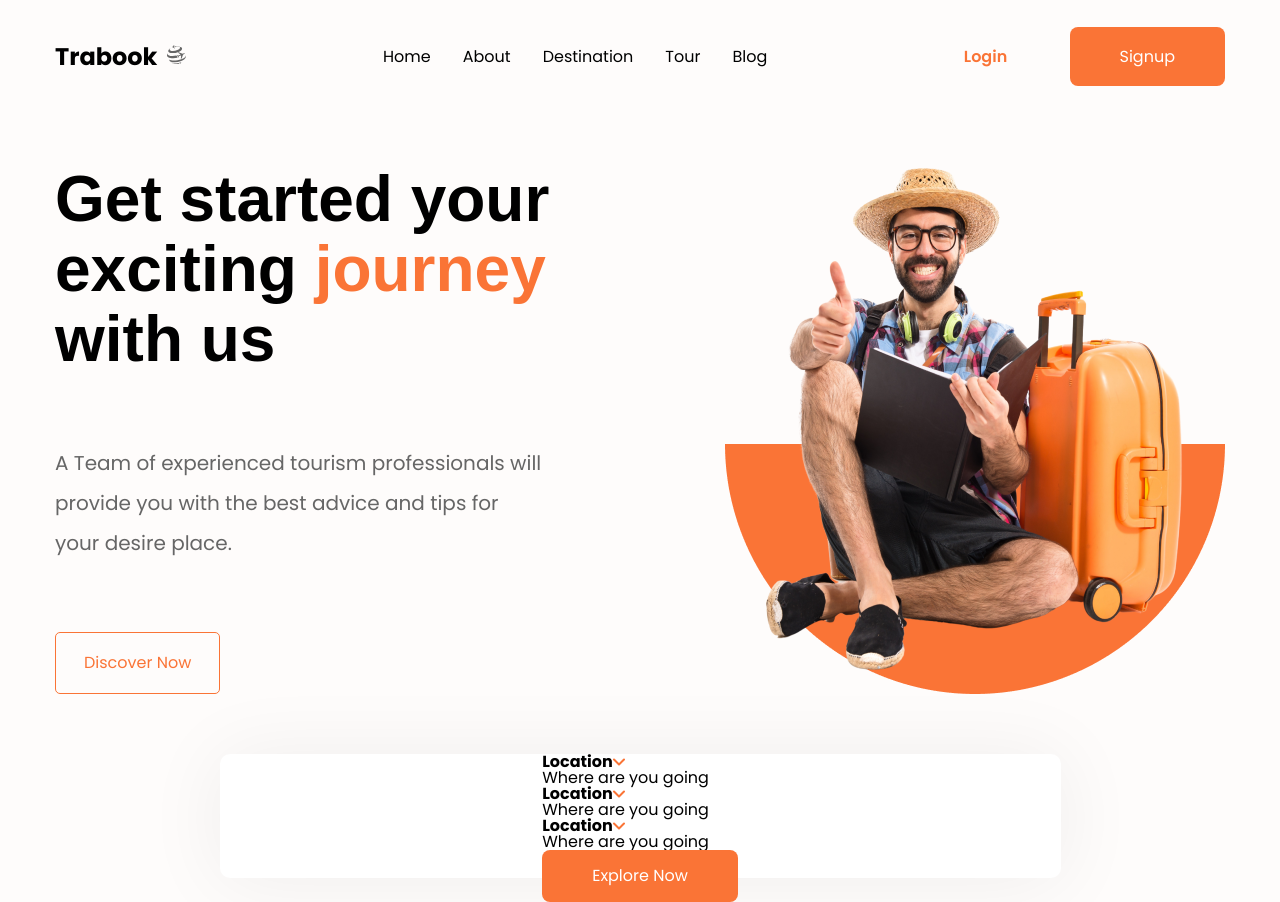
Repository: phobo99/phobo99.github.io
Page: Trabook/index.html
An editor plug-in stored every save of this project. The page is shown before and after the next save, followed by the edit.
The browser window is 1280 px wide. The pictures show the whole page.
Some web fonts or font styles are not loaded; a fallback is used. Some web libraries are served in a nearby version. The style sheet was rebuilt from its Sass, Less or Tailwind sources for each picture, by a compiler version that may differ from the author's.

Above is the page before, as saved 2022-06-18 23:09:02.

### Trabook/index.html
<!DOCTYPE html>
<html lang="en">

<head>
    <meta charset="UTF-8">
    <meta http-equiv="X-UA-Compatible" content="IE=edge">
    <meta name="viewport" content="width=device-width, initial-scale=1.0">
    <title>Responsive</title>
    <link
        href="https://fonts.googleapis.com/css2?family=Poppins:wght@300;400;500;600;700&family=Volkhov:wght@400;700&display=swap"
        rel="stylesheet">
    <link rel="stylesheet" href="https://cdnjs.cloudflare.com/ajax/libs/font-awesome/6.1.1/css/all.min.css"
        integrity="sha512-KfkfwYDsLkIlwQp6LFnl8zNdLGxu9YAA1QvwINks4PhcElQSvqcyVLLD9aMhXd13uQjoXtEKNosOWaZqXgel0g=="
        crossorigin="anonymous" referrerpolicy="no-referrer" />

    <link rel="stylesheet" href="reset.css">
    <link rel="stylesheet" href="style.css">
</head>

<body>
    <div class="container-fluid">
        <header class="header container">
            <div class="nav-bar">
                <div class="logo">
                    <span class="text-logo">Trabook</span>
                    <svg width="19" height="19" viewBox="0 0 19 19" fill="none" xmlns="http://www.w3.org/2000/svg">
                        <path
                            d="M1.64111 4.96058C1.79426 4.76583 1.99595 4.50221 2.15747 4.31379C2.6412 3.79446 2.70397 3.72638 3.14417 3.34242C3.27473 3.24108 3.42956 3.11917 3.58103 3.00437C2.46378 3.89896 2.32151 4.88933 3.3467 5.50129C3.34503 5.50129 3.34503 5.50129 3.34503 5.50287C4.77863 6.31987 7.92034 6.14333 10.3992 5.09675C12.8003 4.08342 13.6865 2.63388 12.5015 1.77254C11.4612 1.58808 10.221 1.56671 8.90871 1.73296L8.7723 1.52L8.88528 1.16692C9.6569 1.10121 10.39 1.11704 11.0227 1.21917C11.1759 1.24371 11.3776 1.28567 11.5282 1.31575C11.8194 1.38304 11.9776 1.42342 12.1676 1.48121C12.3617 1.53583 12.5274 1.59046 12.8162 1.69179C13.099 1.79708 13.2212 1.84458 13.448 1.95146C13.702 2.06108 13.9488 2.18506 14.187 2.32275C16.0751 3.44612 14.9009 5.49575 11.5692 6.90017C8.24673 8.29983 4.01287 8.51992 2.11563 7.41C2.11479 7.40842 2.11228 7.40683 2.10726 7.40525H2.11061C1.07453 6.78458 0.965735 5.88367 1.64111 4.96058ZM10.2854 12.8139L10.2586 11.552L9.31042 10.5545C6.17792 11.2258 3.09898 11.0817 1.38669 10.1278C1.38084 10.1215 1.36661 10.1151 1.36075 10.1088C0.391624 9.54433 0.152272 8.816 0.225082 8.02433C-0.00171646 9.18254 -0.0201282 9.60054 0.0125108 10.5917C0.0526817 11.2124 0.431795 11.7847 1.19421 12.236L1.20007 12.2423C3.02533 13.3158 6.82819 13.5486 10.2854 12.8139ZM14.2397 14.2587C9.81842 15.9362 4.28486 16.0352 1.8813 14.4827C2.14087 15.0828 2.49406 15.6427 2.92909 16.1437C5.13515 17.5687 10.2143 17.4776 14.2707 15.9378C16.645 15.0377 18.143 13.8399 18.5364 12.7173L18.6468 12.3793C18.9088 11.5227 18.9582 10.8094 19 10.1745C18.9523 11.5528 17.2358 13.1203 14.2397 14.2587ZM4.47986 17.4895C4.61878 17.6146 5.05564 18.122 7.26923 18.6825C7.86761 18.8076 9.37402 19.209 12.1567 18.6255L12.1734 18.3857L11.9533 18.0595C9.37151 18.6374 6.50347 18.4442 4.47986 17.4895ZM10.8687 7.50737L13.2196 9.19283C13.2196 9.19283 13.7225 9.53563 13.248 9.77629C12.7752 10.0146 11.5608 10.598 11.5608 10.598L10.3616 10.1745L9.75983 10.4278L10.821 11.2995L10.8294 12.6556L11.4529 12.3935L11.8663 11.248C11.8663 11.248 13.1359 10.7857 13.6397 10.6115C14.146 10.4413 14.0782 11.024 14.0782 11.024L13.8288 13.8035L14.6573 13.4552L16.0215 9.70504C16.0215 9.70504 16.7446 9.37254 17.2534 9.08042C17.7614 8.78829 17.9355 8.30379 17.9355 8.30379C17.9355 8.30379 17.44 8.10192 16.8693 8.26421C16.2985 8.42492 15.5545 8.7115 15.5545 8.7115L11.6947 7.16062L10.8687 7.50737ZM5.89505 2.17471L7.49101 3.37725L7.92703 3.3155L7.05833 2.23646C7.05833 2.23646 6.8692 2.01321 7.12361 1.96017C7.3797 1.90633 8.02746 1.78125 8.02746 1.78125L8.51453 2.14937L8.8426 2.10346L8.47101 1.54454L8.66685 0.924667L8.34966 0.968208L7.9739 1.44004C7.9739 1.44004 7.31443 1.49862 7.05499 1.51921C6.79388 1.53821 6.90602 1.273 6.90602 1.273L7.40648 0L6.96795 0.0609583L5.81303 1.65142C5.81303 1.65142 5.42806 1.71792 5.14938 1.79313C4.86985 1.86754 4.72256 2.07179 4.72256 2.07179C4.72256 2.07179 4.9276 2.22854 5.21633 2.223C5.50757 2.21746 5.89505 2.17471 5.89505 2.17471ZM13.7828 17.6265L12.7501 17.1158L12.5124 17.1942L13.1242 17.712C13.1242 17.712 13.2547 17.8172 13.1175 17.8735C12.9802 17.9289 12.6304 18.065 12.6304 18.065L12.3417 17.9431L12.1701 18.0017L12.4103 18.244L12.3868 18.5978L12.5659 18.5392L12.6998 18.2519C12.6998 18.2519 13.0631 18.1497 13.2078 18.1133C13.3518 18.0761 13.3192 18.236 13.3192 18.236L13.1827 19L13.4213 18.9216L13.8891 17.9115C13.8891 17.9115 14.0958 17.8347 14.2439 17.7642C14.3921 17.6937 14.4506 17.5639 14.4506 17.5639C14.4506 17.5639 14.3192 17.4958 14.1569 17.5299C13.9937 17.5623 13.7828 17.6265 13.7828 17.6265Z"
                            fill="#666666" />
                    </svg>
                </div>
                <div class="menu-list">
                    <ul class="menu">
                        <li>Home</li>
                        <li>About</li>
                        <li>Destination</li>
                        <li>Tour</li>
                        <li>Blog</li>
                    </ul>
                </div>
                <div class="nav-login">
                    <span class="login">Login</span>
                    <span class="sign-up button-primary">Signup</span>
                </div>
            </div>
            <div class="content">
                <div class="content-left">
                    <h1 class="header-content">Get started your exciting <span class="text-org">journey</span> with us
                    </h1>
                    <span class="desc-content">A Team of experienced tourism professionals will provide you with the
                        best advice and tips for
                        your desire place. </span>
                    <div class="content-button">
                        Discover Now
                    </div>
                </div>
                <div class="content-right">
                    <img src="./img/people-01.png" alt="" class="img-people">
                </div>
            </div>
            <div class="search-bar">
                <div class="list-search">
                    <div class="item-search">
                        <div class="title-item">
                            <p>Location</p>
                            <svg width="12" height="8" viewBox="0 0 12 8" fill="none"
                                xmlns="http://www.w3.org/2000/svg">
                                <path d="M1 1.5L6 6.5L11 1.5" stroke="#FA7436" stroke-width="2" stroke-linecap="round"
                                    stroke-linejoin="round" />
                            </svg>
                        </div>
                        <div class="desc-item">
                            Where are you going
                        </div>
                    </div>
                    <div class="item-search">
                        <div class="title-item">
                            <p>Location</p>
                            <svg width="12" height="8" viewBox="0 0 12 8" fill="none"
                                xmlns="http://www.w3.org/2000/svg">
                                <path d="M1 1.5L6 6.5L11 1.5" stroke="#FA7436" stroke-width="2" stroke-linecap="round"
                                    stroke-linejoin="round" />
                            </svg>
                        </div>
                        <div class="desc-item">
                            Where are you going
                        </div>
                    </div>
                    <div class="item-search">
                        <div class="title-item">
                            <p>Location</p>
                            <svg width="12" height="8" viewBox="0 0 12 8" fill="none"
                                xmlns="http://www.w3.org/2000/svg">
                                <path d="M1 1.5L6 6.5L11 1.5" stroke="#FA7436" stroke-width="2" stroke-linecap="round"
                                    stroke-linejoin="round" />
                            </svg>
                        </div>
                        <div class="desc-item">
                            Where are you going
                        </div>
                    </div>
                    <div class="button-primary">
                        Explore Now
                    </div>
                </div>
            </div>
        </header>
    </div>
</body>

</html>

### Trabook/style.scss
$bg-color: #fefcfb;
$bg-second: #f7f8fc;
$primary-color: #fa7436;
$header-color: #222;
$gray-color: #666666;

@mixin size($width, $height: $width) {
  width: $width;
  height: $height;
}
@mixin flexbox(
  $align: flex-start,
  $justify: flex-start,
  $flex-direction: row,
  $wrap: nowrap
) {
  display: flex;
  align-items: $align;
  justify-content: $justify;
  flex-direction: $flex-direction;
  flex-wrap: $wrap;
}
html {
  font-size: 62.5%;
}
* {
  box-sizing: border-box;
}
body {
  font-size: 1.6rem;
  font-family: "Poppins", sans-serif;
  font-weight: normal;
  background-color: #fefcfb;
}

a {
  text-decoration: none;
}

img {
  display: block;
  max-width: 100%;
}
h1 {
  font-family: "Volkhov", sans-serif;
  font-weight: 700;
  font-size: 64px;
  line-height: 70px;
}
.container-fluid {
  .container {
    max-width: 1170px;
    margin: 0 auto;
  }
  .text-org {
    color: $primary-color;
  }
  .desc-content {
    color: $gray-color;
    line-height: 2;
    font-size: 20px;
  }
  .button-primary {
    padding: 18px 50px;
    background-color: $primary-color;
    color: white;
    border-radius: 8px;
    cursor: pointer;
    &:hover {
      opacity: 0.8;
      transition: all 0.2s linear;
    }
  }
  .header {
    .nav-bar {
      display: flex;
      @include size(100%, 114px);
      align-items: center;
      justify-content: space-between;
      .logo {
        display: flex;
        cursor: pointer;
        .text-logo {
          font-size: 24px;
          font-weight: bold;
          margin-right: 10px;
        }
      }
      .menu-list {
        .menu {
          @include flexbox(stretch, space-between);
          gap: 32px;
          li {
            cursor: pointer;
          }
        }
      }
      .nav-login {
        .login {
          font-size: 16px;
          font-weight: 600;
          color: $primary-color;
          cursor: pointer;
          margin-right: 58px;
        }
      }
    }
    .content {
      @include size(100%, 530px);
      @include flexbox(stretch, space-between);
      margin-top: 50px;
      .content-left {
        @include flexbox(stretch, space-between, column);
        @include size(490px, auto);
        .header-content {
          width: 521px;
        }
        .content-button {
          width: fit-content;
          padding: 22px 28px;
          border: 1px solid $primary-color;
          border-radius: 5px;
          color: $primary-color;
        }
      }
      .content-right {
      }
    }
    .search-bar {
      background-color: white;
      width: 841px;
      height: 124px;
      margin: 0 auto;
      margin-top: 6rem;
      box-shadow: 0px 2px 80px 2px rgba(0, 0, 0, 0.06);
      border-radius: 10px;
      .list-search {
        display: grid;
        grid-template-columns: 4, 1fr;
        justify-content: center;
        .item-search {
          display: flex;
          flex-direction: column;
          .title-item {
            width: fit-content;
            display: flex;
            justify-content: center;
            align-items: center;
            font-weight: bold;
          }
          .desc-item {
          }
        }
      }
    }
  }
}
@media screen and (min-width: 768px) {
}
@media screen and (max-width: 767px) {
}

Loaded but not shown: Trabook/reset.css (common file)

After the next save:
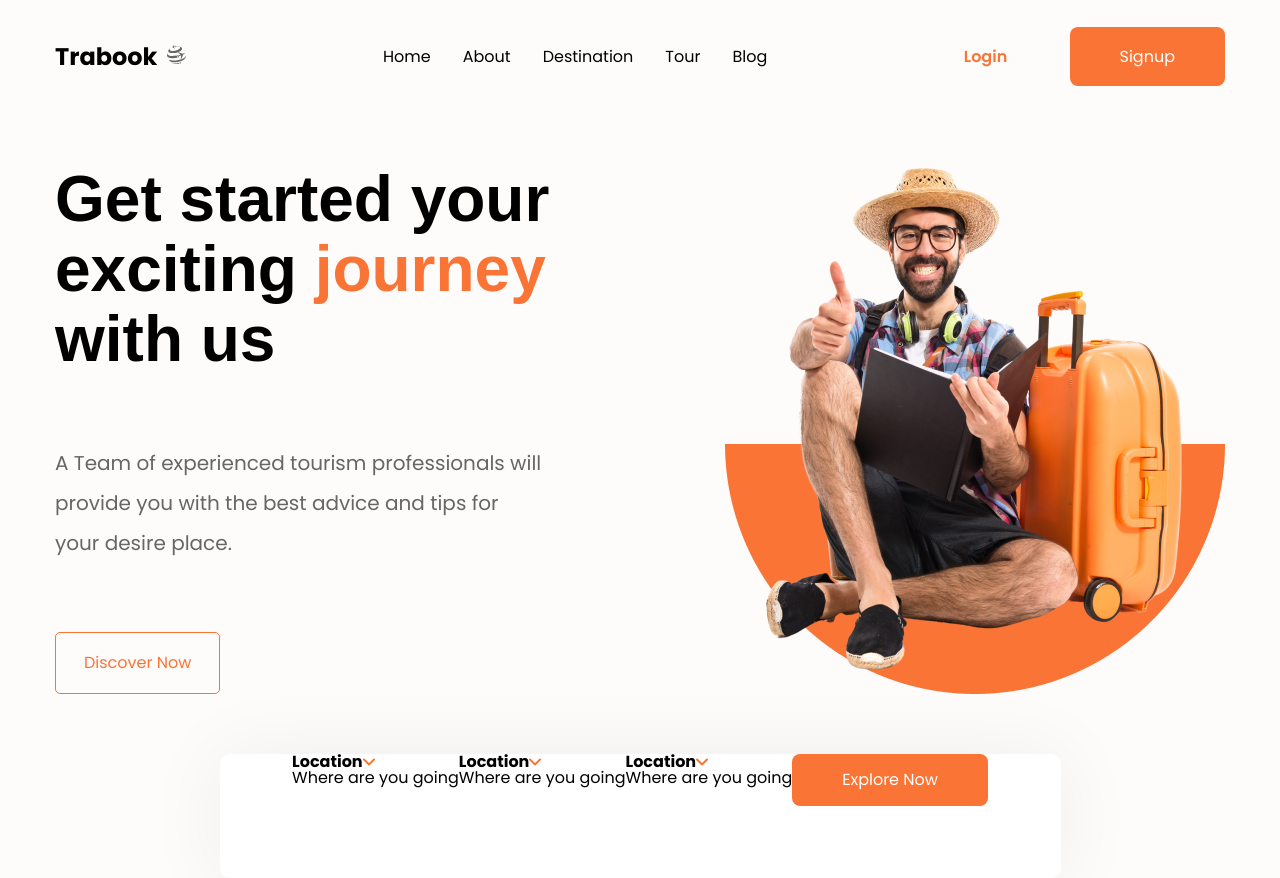
Saved 16 s later.
--- a/Trabook/style.scss
+++ b/Trabook/style.scss
@@ -136,7 +136,7 @@ h1 {
       border-radius: 10px;
       .list-search {
         display: grid;
-        grid-template-columns: 4, 1fr;
+        grid-template-columns: auto auto auto auto;
         justify-content: center;
         .item-search {
           display: flex;
